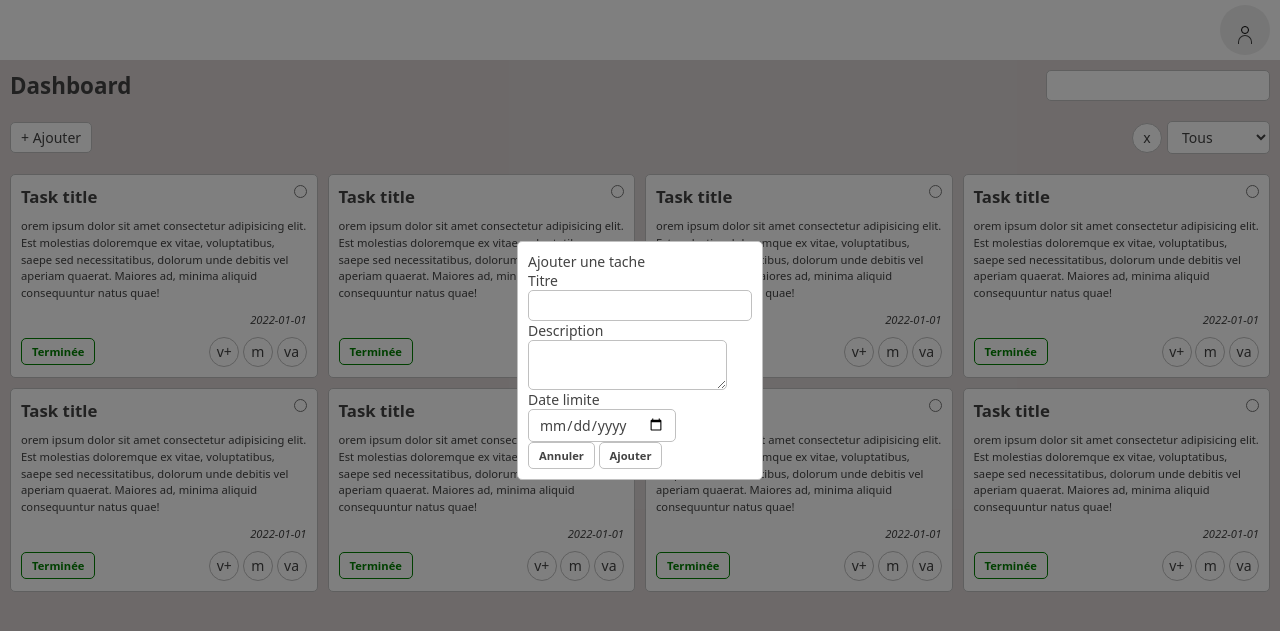
Repository: zpaulange/task_manager
Page: dashboard/index.html
These files come from the project's save history. The page is drawn as it stood at one moment and after a run of saves; the edit follows.
The browser window is 1280 px wide. The pictures show the whole page.

Above is the page before, as saved 2025-03-06 16:16:10.

After the next 2 saves:
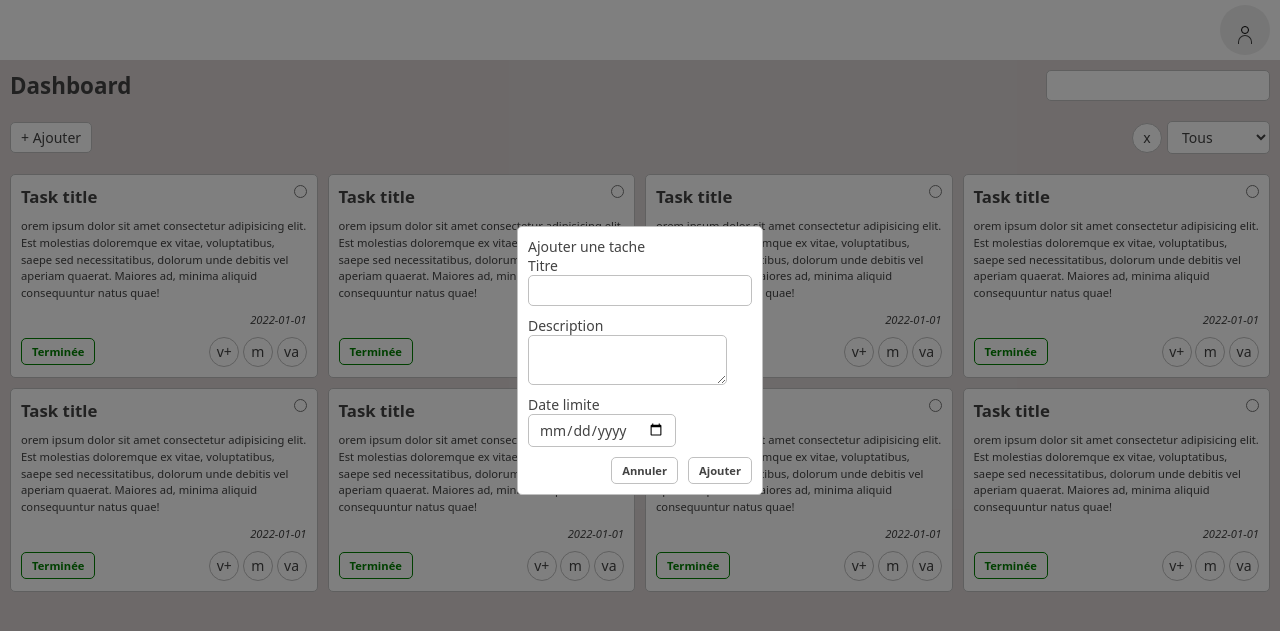
The 2 saves are shown as one change because they came seconds apart.
The last was saved 6 s later.
--- a/assets/styles/dashboard/style.css
+++ b/assets/styles/dashboard/style.css
@@ -245,5 +245,11 @@ input:focus, select:focus{
 }
 
 .form_item{
-
-}
+  margin-bottom:10px;
+}
+.form_item-btn{
+  margin-top:10px;
+  display: flex;
+  justify-content: flex-end;
+  gap:10px
+}
